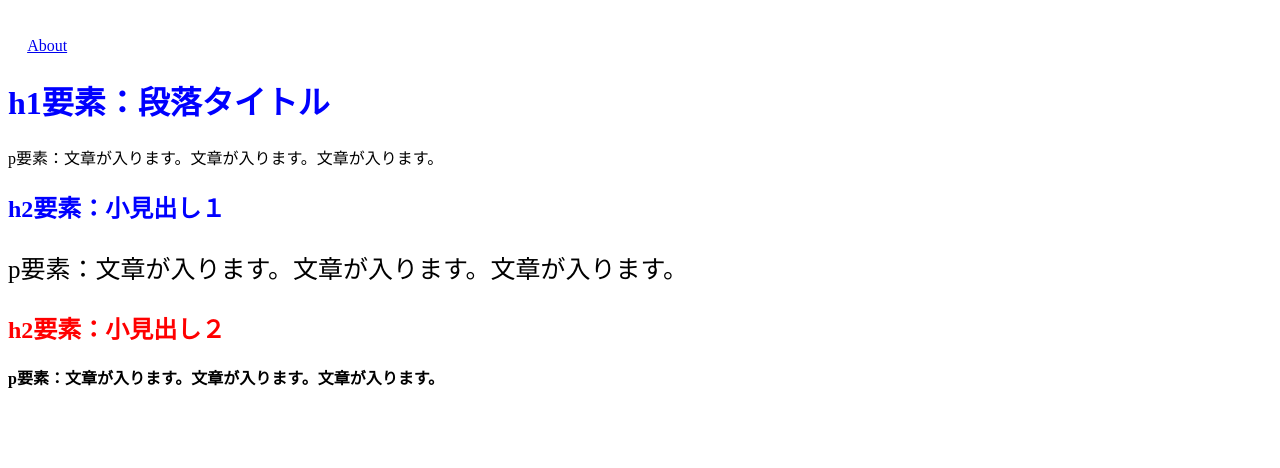
Repository: YokoInoue-u/samurai_HTML-CSS
Page: index1.html
The author's editor kept a record of every edit. The page is drawn from the files as they stood at one moment, then again after the next edit.
The browser window is 1280 px wide. The pictures show the whole page.

Above is the page before.

### index1.html
<!DOCTYPE html>
<html lang="ja">
<head>
    <meta charset="UTF-8">
    <title>HTML/CSSの学習</title>
    <link rel="stylesheet" href="stylesheet1.css">
    <style>
        .media {
                background-color: blue;
            }

        @media screen and (min-width:480px) {
            .media {
                    background-color: red;
                }
            }

        @media screen and (min-width:640px) {
            .media {
                    background-color: green;
                }
            }
    </style>
</head>
<body>
　  <div class="media-sp" >
　      <a href="chap7.html">About</a>
        <h1 class="blue">h1要素：段落タイトル</h1>
        <p>p要素：文章が入ります。文章が入ります。文章が入ります。</p>
        <h2 class="blue">h2要素：小見出し１</h2>
        <p class="fs-25">p要素：文章が入ります。文章が入ります。文章が入ります。</p>
        <h2 id="red">h2要素：小見出し２</h2>
        <p class="fw-bold">p要素：文章が入ります。文章が入ります。文章が入ります。</p>
　  </div>

</body>
</html>

### stylesheet1.css
@charset "UTF-8";

#red{
    color: red;
}
.blue{
    color: blue;
}
.fs-25{
    font-size: 25px;
}
.fw-bold{
    font-weight: bold;
}

After the next edit:
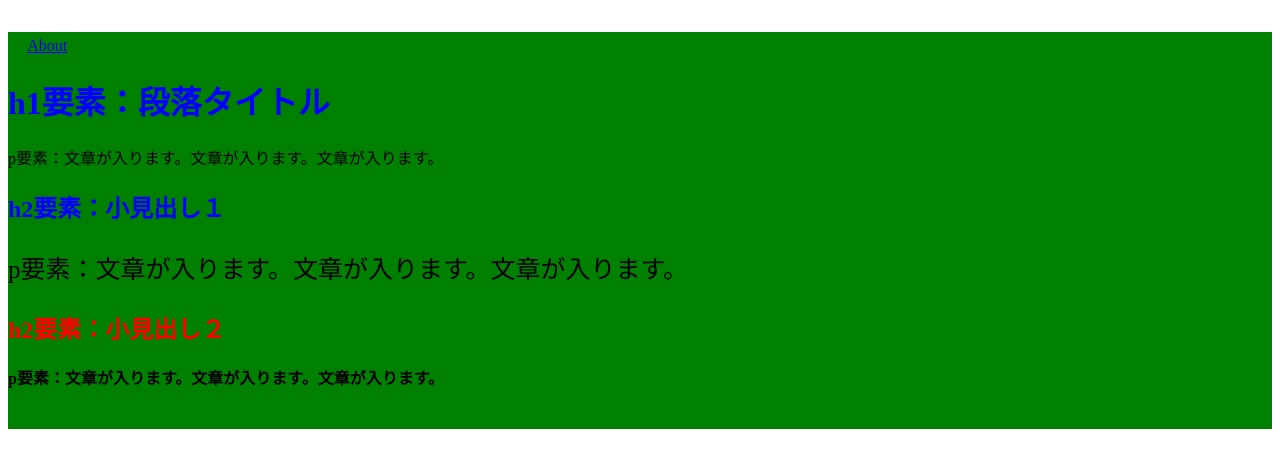
The edit:
--- a/index1.html
+++ b/index1.html
@@ -23,7 +23,7 @@
     </style>
 </head>
 <body>
-　  <div class="media-sp" >
+　  <div class="media" >
 　      <a href="chap7.html">About</a>
         <h1 class="blue">h1要素：段落タイトル</h1>
         <p>p要素：文章が入ります。文章が入ります。文章が入ります。</p>
